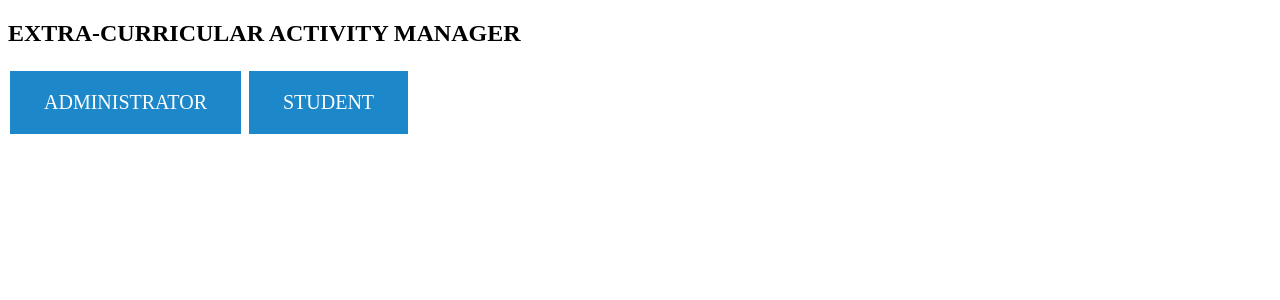
Repository: Malz6/DBMS-ActivityTracking
Page: dbs/WebContent/first.html
An editor plug-in stored every save of this project. The page is shown before and after the next save, followed by the edit.
The browser window is 1280 px wide. The pictures show the whole page.

Above is the page before, as saved 2019-12-12 08:52:59.

After the next save:
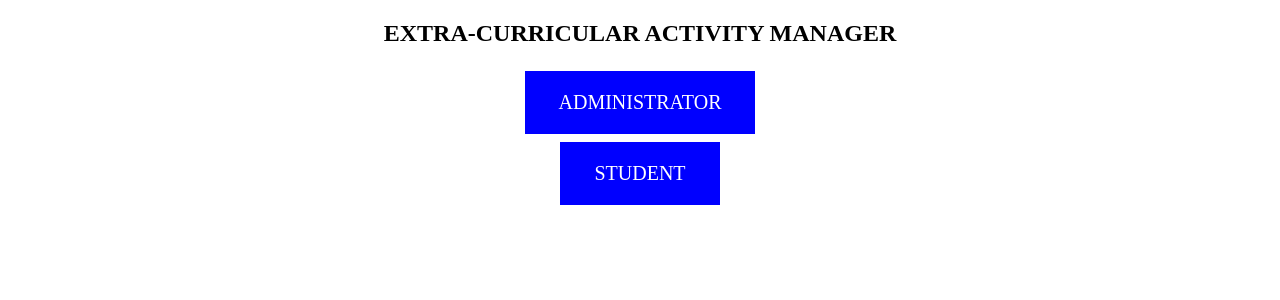
Saved 67 min 56 s later.
--- a/dbs/WebContent/first.html
+++ b/dbs/WebContent/first.html
@@ -4,7 +4,7 @@
       <title>EXTRA-CURRICULAR ACTIVITIES</title>
       <style>
          .button {
-         background-color: #1c87c9;
+         background-color: blue;
          border: none;
          color: white;
          padding: 20px 34px;
@@ -18,8 +18,8 @@
       </style>
    </head>
    <body>
-   	  <h2>EXTRA-CURRICULAR ACTIVITY MANAGER</h2>
-      <a href="admin.html" class="button">ADMINISTRATOR</a>
-      <a href="student.html" class="button">STUDENT</a>
+   	  <center><h2>EXTRA-CURRICULAR ACTIVITY MANAGER</h2></center>
+      <center><a href="admin.html" class="button">ADMINISTRATOR</a></center>
+      <center><a href="student.html" class="button">STUDENT</a></center>
    </body>
 </html>
